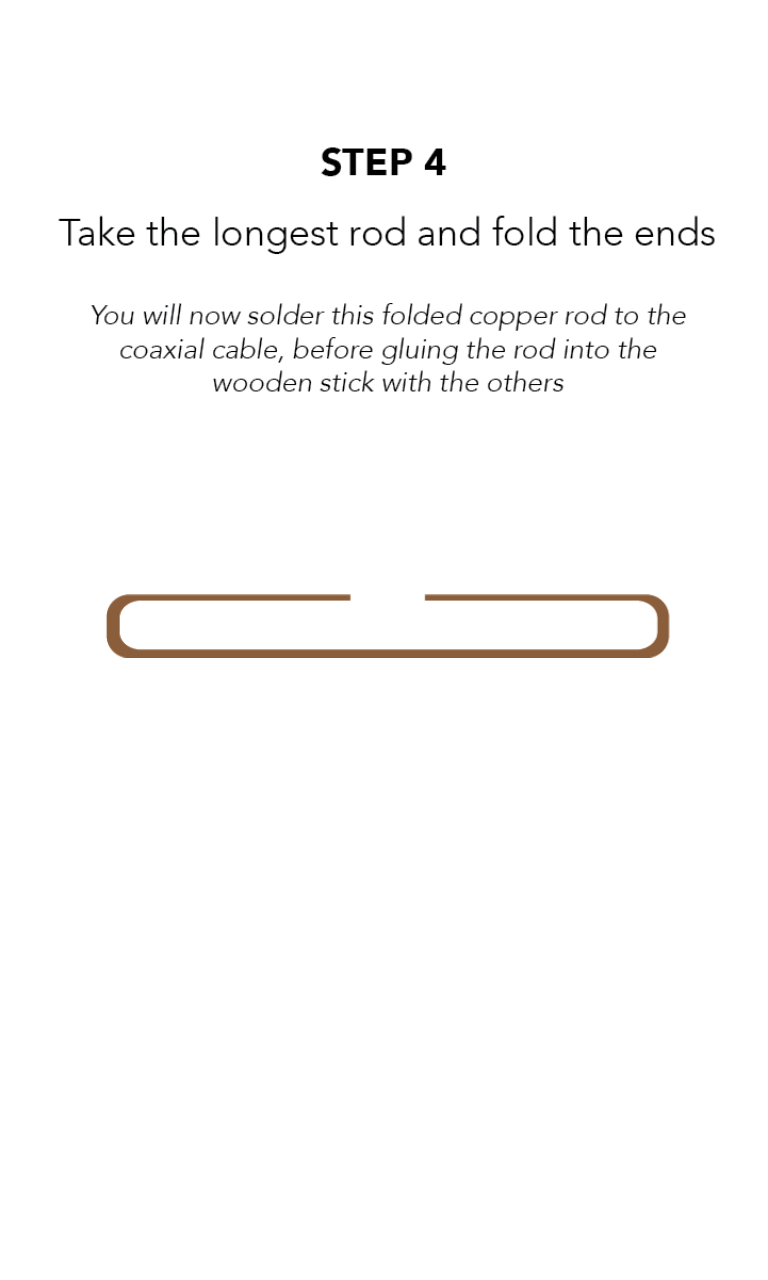
Repository: sbobhate/Android-Applications
Layout: EWBProject/res/layout/fragment_page5.xml
The author's editor kept a copy of each file at every save. The layout is drawn from the files as they stood at one save, then again after the next save.
It is drawn on a 768 x 1280 px phone screen (xhdpi) without system bars, with theme AppTheme; the app's code is not run.

Above is the layout before, as saved 2014-02-22 13:50:15.

After the next save:
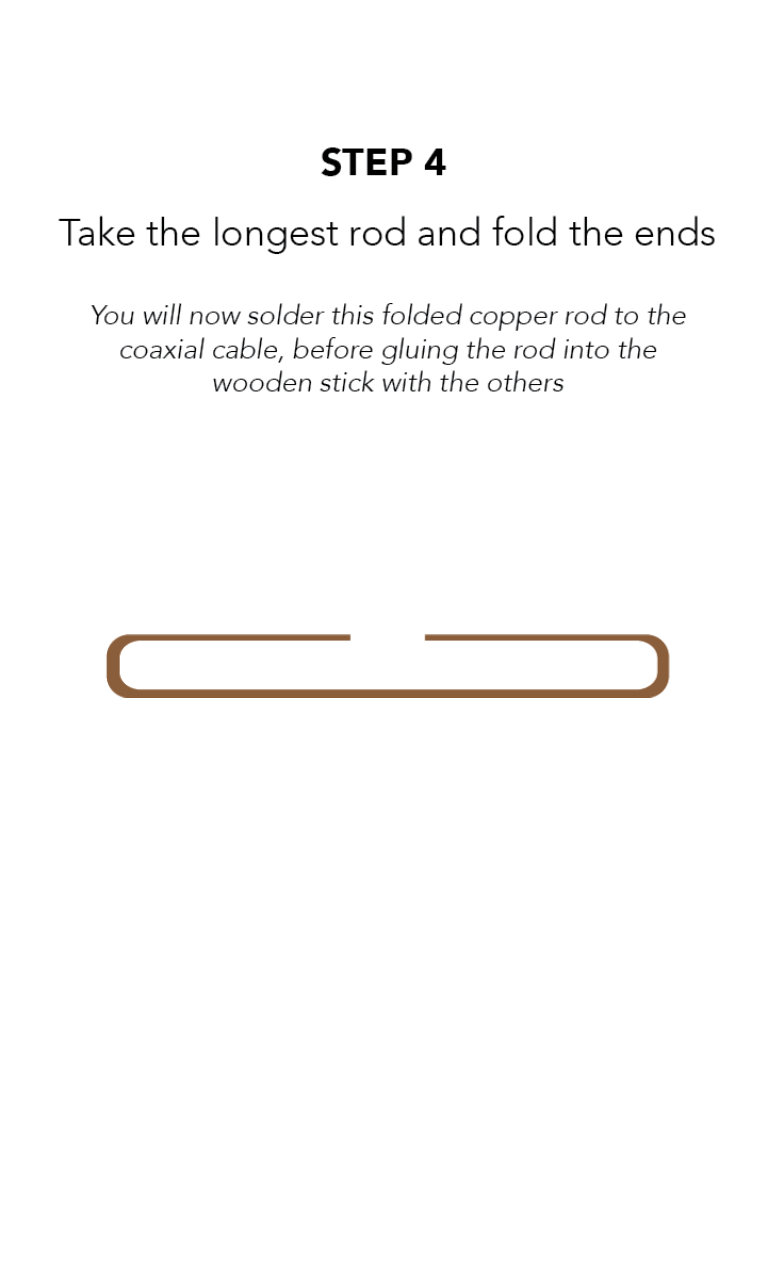
Saved 36 s later.
--- a/EWBProject/res/layout/fragment_page5.xml
+++ b/EWBProject/res/layout/fragment_page5.xml
@@ -19,7 +19,7 @@
         android:layout_width="fill_parent"
         android:layout_height="wrap_content"
         android:layout_below="@+id/step4Tutorial"
-        android:layout_marginTop="60dp"
+        android:layout_marginTop="80dp"
         />
 
 </RelativeLayout>
